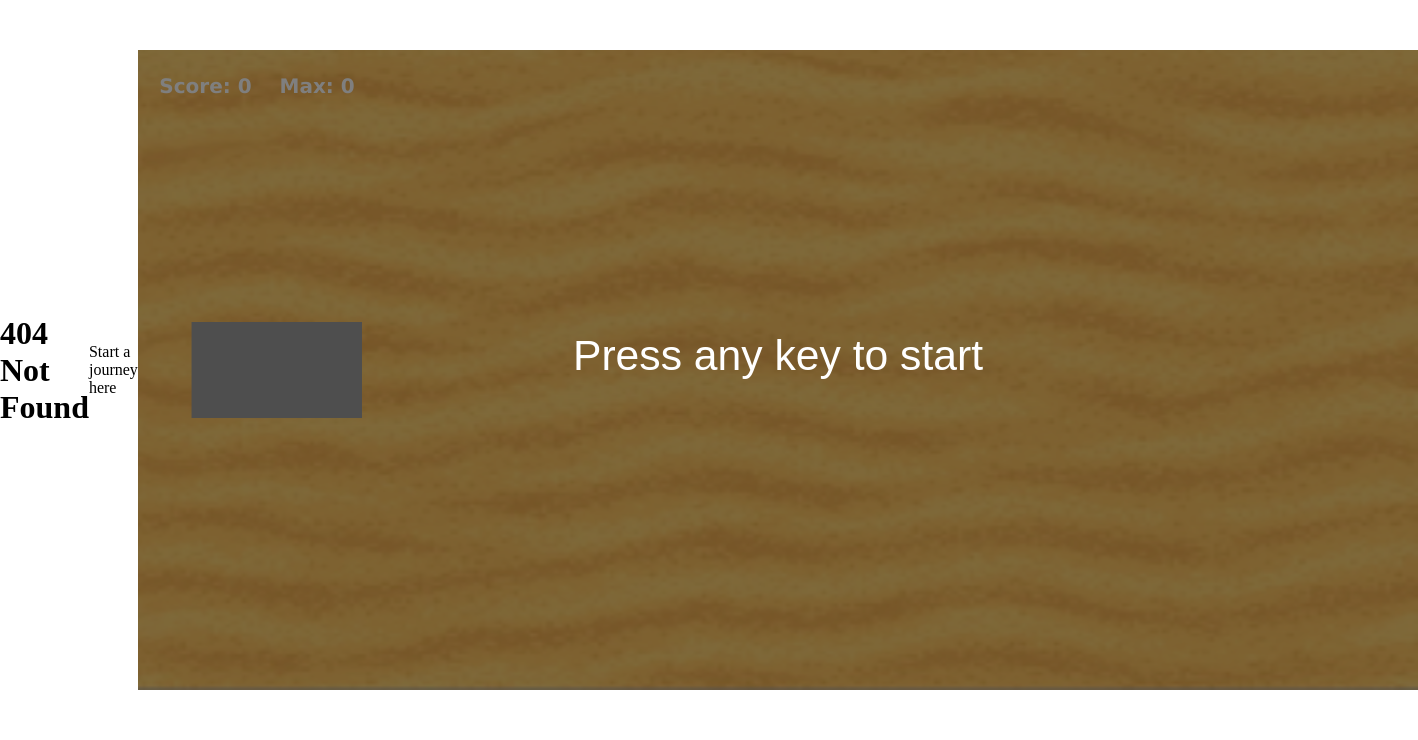
Repository: btgoo/game
Page: car.html
The author's editor kept a copy of each file at every save. The page is drawn from the files as they stood at one save, then again after the next save.
The browser window is 1280 px wide. The page is 1418 px wide, then 1349 px, then 1418 px, so the pictures cover 1418 px, including what lies to the right of the window. The pictures show the whole page.

Above is the page before, as saved 2025-10-26 02:41:47.

### car.html
<!DOCTYPE html>
<script src="carscript.js" defer type="module"></script>
<link rel="stylesheet" href="car_style.css">
<html lang="en">
<head>
    <meta charset="UTF-8">
    <meta http-equiv="X-UA-Compatible" content="IE=edge" />
    <meta name="viewport" content="width=device-width, initial-scale=1.0">
    <title>CarGo</title>
</head>
<body>
    <h1>404 Not Found</h1>
    Start a journey here
    <p id="demo"></p>
    <canvas id="game">
    </canvas>
</body>
 </html>

### carscript.js
const canvas = document.getElementById("game");
const ctx = canvas.getContext("2d");

const GAME_WIDTH = 1200;
const GAME_HEIGHT = 600;
const PLAYER_WIDTH = 160;
const PLAYER_HEIGHT = 90;
const CACTI_WIDTH = 78;
const CACTI_Height = 90;

const NUM_LANES = 5;

const obstacleData = [
    {src: "./assets/car_images/cactus_1.png", width:CACTI_WIDTH, height:CACTI_WIDTH},
    {src: "./assets/car_images/cactus_2.png", width:CACTI_WIDTH, height:CACTI_Height},
    {src: "./assets/car_images/cactus_3.png", width:CACTI_WIDTH, height:CACTI_Height},
    {src: "./assets/car_images/cactus_1.png", width:CACTI_WIDTH, height:CACTI_WIDTH},
    {src: "./assets/car_images/cactus_2.png", width:CACTI_WIDTH, height:CACTI_Height},
    {src: "./assets/car_images/cactus_3.png", width:CACTI_WIDTH, height:CACTI_Height},
    {src: "./assets/car_images/tumbleweed.png", width:CACTI_WIDTH, height:CACTI_WIDTH},
    {src: "./assets/car_images/red_car.png", width:PLAYER_WIDTH, height:PLAYER_HEIGHT},
    {src: "./assets/car_images/green_car.png", width:PLAYER_WIDTH, height:PLAYER_HEIGHT},
];

let obstacleImgs = [];
obstacleData.forEach(data => {
    const img = new Image();
    img.src = data.src;
    img.width = data.width;
    img.height = data.height;
    obstacleImgs.push(img);
});

const explosionImg = new Image();
explosionImg.src = "./assets/car_images/explosion_sprite.png";

let explosions = [];

let scaleRatio = null;
let backgroundX = 0;
let gameSpeed = 3;
let speedIncreaseRate = 0.0001;

let gameRunning = false;
let gameOver = false;

let score = 0;
let maxScore = 0;

let car = {
  x: GAME_WIDTH / 24,
  width: PLAYER_WIDTH,
  height: PLAYER_HEIGHT,
  lane: 2,
};

let obstacles = [];
let obstacleTimer = 0;
let obstacleInterval = 80;
let lanes = [];

function setupLanes() {
  const laneHeight = GAME_HEIGHT / NUM_LANES;
  lanes = [];
  for (let i = 0; i < NUM_LANES; i++) {
    lanes.push(laneHeight * i + (laneHeight - car.height) / 2);
  }
  car.y = lanes[car.lane];
}

function getScaleRatio() {
  const screenHeight = Math.min(window.innerHeight, document.documentElement.clientHeight);
  const screenWidth = Math.min(window.innerWidth, document.documentElement.clientWidth);

  if (screenWidth / screenHeight < GAME_WIDTH / GAME_HEIGHT) {
    return screenWidth / GAME_WIDTH;
  } else {
    return screenHeight / GAME_HEIGHT;
  }
}

function setScreen() {
  scaleRatio = getScaleRatio();
  canvas.width = GAME_WIDTH * scaleRatio;
  canvas.height = GAME_HEIGHT * scaleRatio;
  setupLanes();
}

setScreen();
window.addEventListener("resize", () => {
  setScreen();
  drawScene();
});

const backgroundImg = new Image();
backgroundImg.src = "./assets/car_images/background.png";

const carImg = new Image();
carImg.src = "./assets/car_images/blue_car.png";

backgroundImg.onload = requestAnimationFrame(gameLoop);
carImg.onload = () => requestAnimationFrame(gameLoop);

backgroundImg.onload = drawStartScreen;
carImg.onload = drawStartScreen;


function drawStartScreen() {
    drawScene();
    ctx.fillStyle = "rgba(0, 0, 0, 0.5)";
    ctx.fillRect(0, 0, canvas.width, canvas.height);

    ctx.fillStyle = "white";
    ctx.font = `${40 * scaleRatio}px Arial`;
    ctx.textAlign = "center";
    ctx.fillText("Press any key to start", canvas.width / 2, canvas.height / 2);
}

function drawScene() {
    ctx.clearRect(0, 0, canvas.width, canvas.height);

    const bgWidth = canvas.width;
    const bgHeight = canvas.height;
    let bgX = -backgroundX * scaleRatio;

    ctx.drawImage(backgroundImg, bgX, 0, bgWidth, bgHeight);
    ctx.drawImage(backgroundImg, bgX + bgWidth, 0, bgWidth, bgHeight);

    ctx.fillStyle = "white";
    ctx.font = `bold ${20}px Verdana`;
    ctx.textAlign = "left";
    ctx.fillText(`Score: ${score}    Max: ${maxScore}`, 20 * scaleRatio, 40 * scaleRatio);

    if (backgroundX * scaleRatio >= bgWidth) backgroundX = 0;

    obstacles.forEach((ob) => {
        ctx.drawImage(
        ob.img,
        ob.x * scaleRatio,
        ob.y * scaleRatio,
        ob.width * scaleRatio,
        ob.height * scaleRatio
        );
    });

    if (!gameOver) {
        ctx.drawImage(
            carImg,
            car.x * scaleRatio,
            car.y * scaleRatio,
            car.width * scaleRatio,
            car.height * scaleRatio
        );
    }
    explosions.forEach((ex, i) => {
        const frameWidth = explosionImg.width / ex.maxFrames;
        const frameHeight = explosionImg.height;

        ctx.drawImage(
            explosionImg,
            frameWidth * ex.frame,
            0,
            frameWidth,
            frameHeight,
            ex.x * scaleRatio,
            ex.y * scaleRatio,
            ex.width * scaleRatio,
            ex.height * scaleRatio
        );

        ex.tick++;
        if (ex.tick % ex.frameSpeed === 0) {
            ex.frame++;
        }
        if (ex.frame >= ex.maxFrames) {
            explosions.splice(i, 1);
        }
    });
    if (gameOver) {
        ctx.fillStyle = "rgba(0, 0, 0, 0.6)";
        ctx.fillRect(0, 0, canvas.width, canvas.height);
        ctx.fillStyle = "white";
        ctx.font = `${60 * scaleRatio}px Arial Black`;
        ctx.textAlign = "center";
        ctx.fillText("GAME OVER", canvas.width / 2, canvas.height / 2);
        ctx.font = `${30 * scaleRatio}px Arial`;
        ctx.fillText("Press any key to restart", canvas.width / 2, canvas.height / 2 + 60 * scaleRatio);
    }
}

function gameLoop() {
    if (gameRunning && !gameOver) {
        backgroundX += gameSpeed;

        obstacleTimer++;
        if (obstacleTimer > obstacleInterval) {
            spawnObstacle();
            obstacleTimer = 0;
            obstacleInterval = 100 + Math.random() * 10;
        }

        obstacles.forEach((ob) => {
            ob.x -= gameSpeed;

            if (!ob.counted && ob.x + ob.width < car.x) {
                score++;
                ob.counted = true;

                if (score > maxScore) {
                    maxScore = score;
                }
            }
        });

        obstacles = obstacles.filter((ob) => ob.x + ob.width > 0);

        checkCollisions();

        gameSpeed += speedIncreaseRate;

        drawScene();
    }
    requestAnimationFrame(gameLoop);
}
requestAnimationFrame(gameLoop);

function checkCollisions() {
    obstacles.forEach((ob, index) => {
      const carLeft = car.x;
      const carRight = car.x + car.width;
      const carTop = car.y;
      const carBottom = car.y + car.height;

      const obLeft = ob.x;
      const obRight = ob.x + ob.width-10;
      const obTop = ob.y;
      const obBottom = ob.y + ob.height;

      const horizontalOverlap = carLeft < obRight && carRight > obLeft;
      const verticalOverlap = carTop < obBottom && carBottom > obTop;

      if (horizontalOverlap && verticalOverlap) {
        spawnExplosion(car.x, car.y, car.width, car.height);
        setTimeout(setGameOver, 100);
      }
    });
}

function setGameOver(){
    gameRunning = false;
    gameOver = true
    drawScene();
}

function spawnObstacle() {
    const lane = Math.floor(Math.random() * NUM_LANES);
    const imgIndex = Math.floor(Math.random() * obstacleImgs.length);
    const chosenImg = obstacleImgs[imgIndex];

    const newObstacle = {
        x: GAME_WIDTH + 50,
        y: lanes[lane],
        width: chosenImg.width,
        height: chosenImg.height,
        lane: lane,
        img: chosenImg
    };
    obstacles.push(newObstacle);
}

function spawnExplosion(x, y, width, height) {
    explosions.push({
        x: x,
        y: y,
        width: width,
        height: height,
        frame: 0,
        maxFrames: 15,
        frameSpeed: 3,
        tick: 0
    });
}

window.addEventListener("keydown", (e) => {
    if (!gameRunning && !gameOver) {
      // start
      gameRunning = true;
        obstacles = [];
        explosions = [];
        backgroundX = 0;
        gameSpeed = 3;
        score = 0;
        drawScene();
    } else if (gameOver) {
      // restart
        gameOver = false;
        gameRunning = true;
        backgroundX = 0;
        obstacles = [];
        explosions = [];
        gameSpeed = 3;
        score = 0;
    } else {
      // move car if running
      if (e.key === "ArrowUp" && car.lane > 0) {
        car.lane--;
      } else if (e.key === "ArrowDown" && car.lane < NUM_LANES - 1) {
        car.lane++;
      }
      car.y = lanes[car.lane];
    }
});

### car_style.css
* {
    padding: 0px;
    padding-top: 5px;
    padding-bottom: 5px;
    margin: 0px;
}
body{
    display:flex;
    align-items: center;
    /* justify-content: center; */
    height: 100vh;

    user-select: none;
    touch-action: none;
    -webkit-touch-callout: none;
    -webkit-user-select: none;
    -khtml-user-select: none;
    -moz-user-select: none;
    -ms-user-select: none;
    user-select: none;
    outline: none;
    -webkit-tap-highlight-color: rgba(255, 255, 255, 0);
}

After the next save:
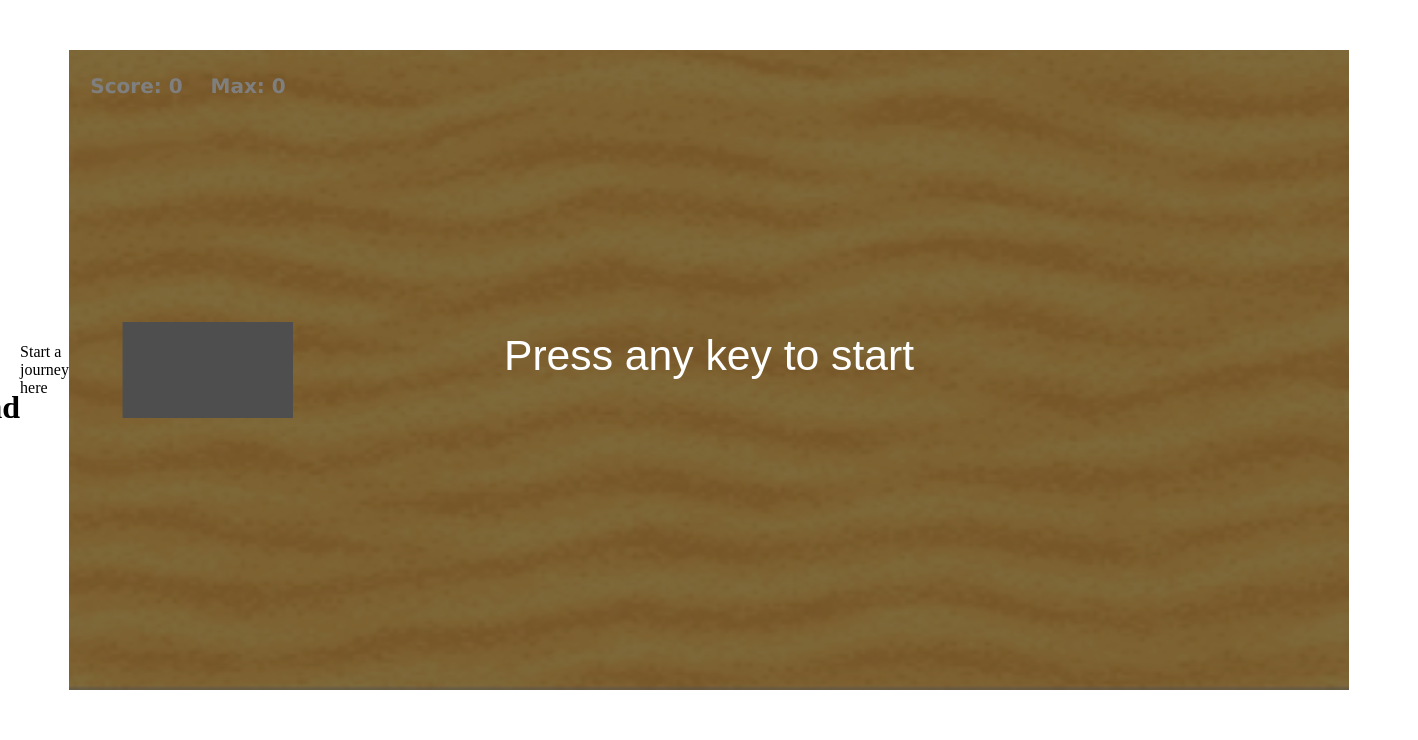
Saved 28 s later.
--- a/car_style.css
+++ b/car_style.css
@@ -7,7 +7,7 @@
 body{
     display:flex;
     align-items: center;
-    /* justify-content: center; */
+    justify-content: center;
     height: 100vh;
 
     user-select: none;

After the save that followed:
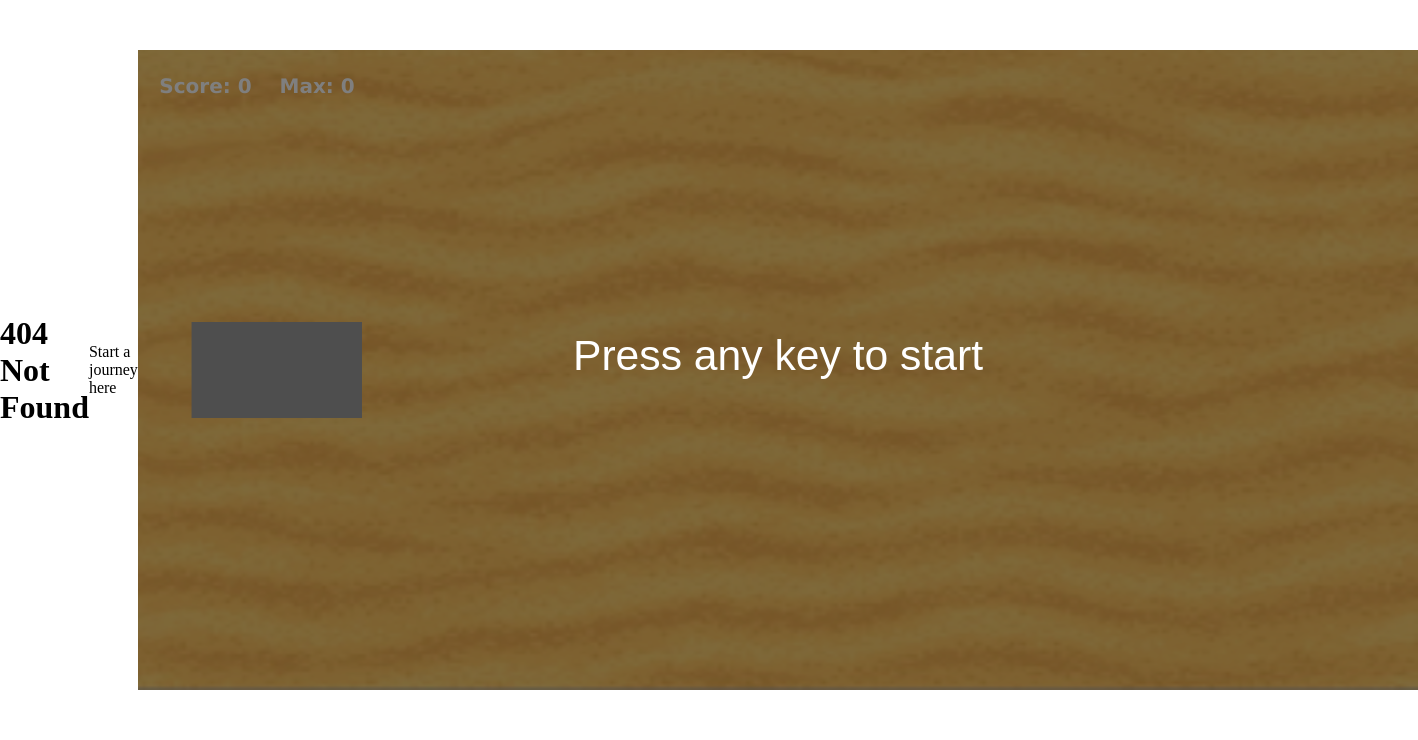
Saved 6 s later.
--- a/car_style.css
+++ b/car_style.css
@@ -7,7 +7,7 @@
 body{
     display:flex;
     align-items: center;
-    justify-content: center;
+    justify-content: flex-start;
     height: 100vh;
 
     user-select: none;
